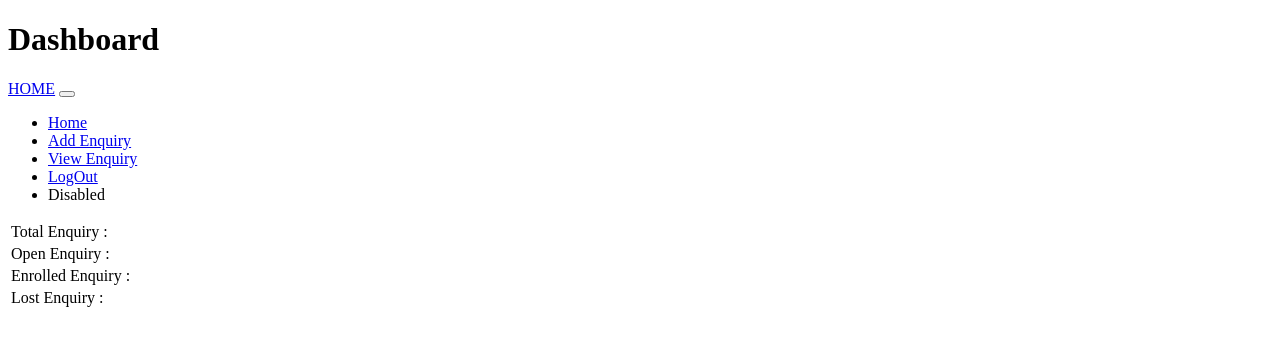
Repository: SitaSangita/Project
Page: http://localhost/dashboard
An editor plug-in stored every save of this project. The page is shown before and after the next save, followed by the edit.
The browser window is 1280 px wide. The pictures show the whole page.
The page is this project's Thymeleaf template; nobody is signed in. The template is opened directly, without the code that normally fills it, so the values that code supplies are empty.

Above is the page before, as saved 2025-01-02 12:23:27.

After the next save:
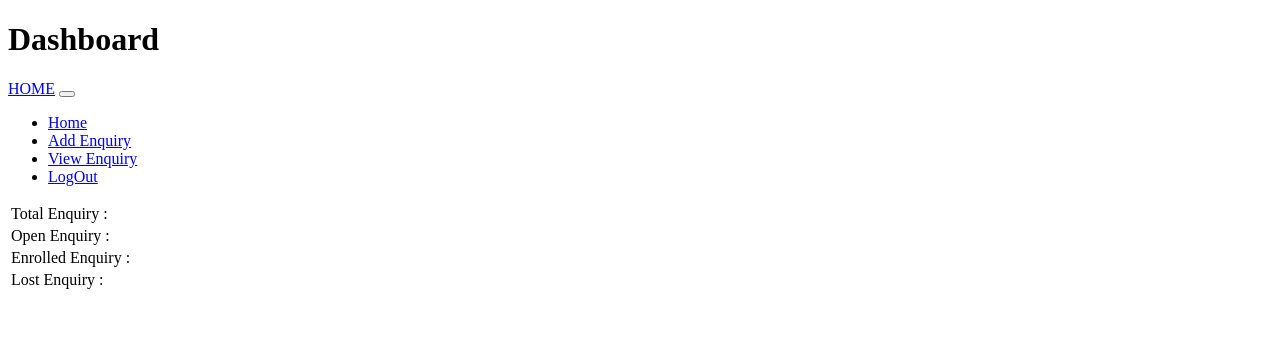
Saved 9 s later.
--- a/01_CounsellorProtal_MiniProject/src/main/resources/templates/dashboard.html
+++ b/01_CounsellorProtal_MiniProject/src/main/resources/templates/dashboard.html
@@ -32,9 +32,7 @@
 						<li class="nav-item">
 							<a class="nav-link" href="#">LogOut</a>
 						</li>
-						<li class="nav-item">
-							<a class="nav-link disabled" aria-disabled="true">Disabled</a>
-						</li>
+
 					</ul>
 				</div>
 			</div>
